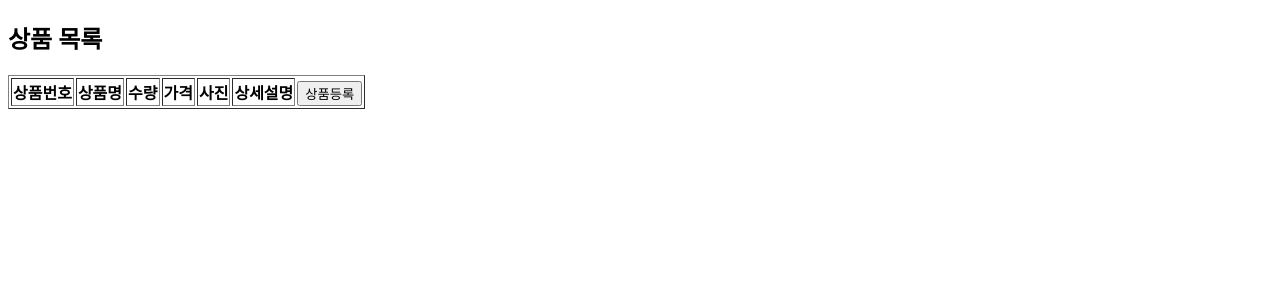
Repository: 0hmuse/day0330-2
Page: bitshop/src/main/resources/static/goods/goodslist.html
The author's editor kept a copy of each file at every save. The page is drawn from the files as they stood at one save, then again after the next save.
The browser window is 1280 px wide. The pictures show the whole page.
The page's requests for data from a server got no answer.

Above is the page before, as saved 2020-03-27 08:39:42.

After the next save:
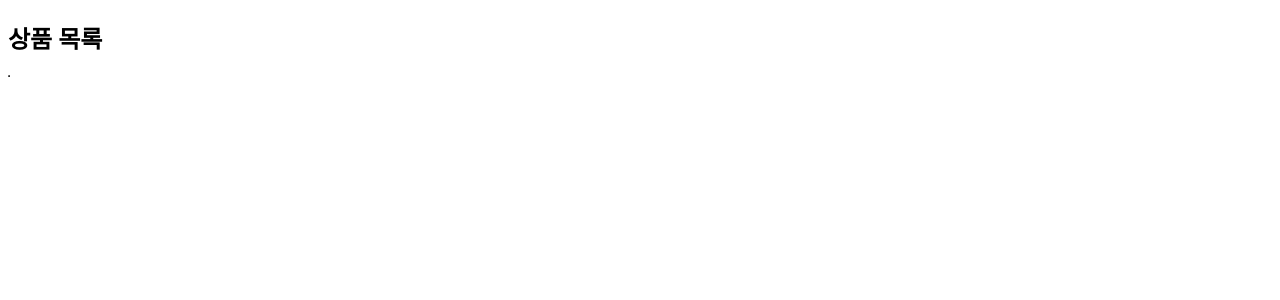
Console error: SyntaxError: Unexpected token '*'
Saved 18 s later.
--- a/bitshop/src/main/resources/static/goods/goodslist.html
+++ b/bitshop/src/main/resources/static/goods/goodslist.html
@@ -42,7 +42,7 @@
 				tr.append(no,item,qty,price,fname,detail,aDel);
 				$("#tb").append(tr);
 
-				$("#del").on("click",function(){
+				$(*"aDel").on("click",function(){
 					var hh = $(this).attr("idx");
 					alert(hh);
 				})

After the save that followed:
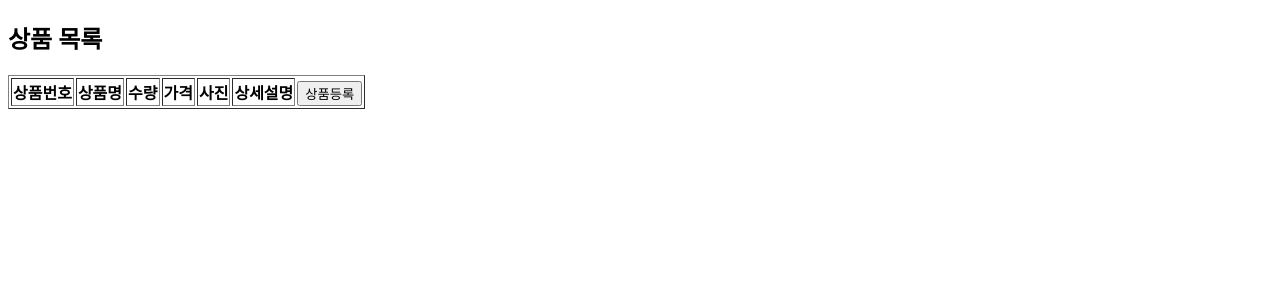
The error is gone.
Saved 10 s later.
--- a/bitshop/src/main/resources/static/goods/goodslist.html
+++ b/bitshop/src/main/resources/static/goods/goodslist.html
@@ -42,7 +42,7 @@
 				tr.append(no,item,qty,price,fname,detail,aDel);
 				$("#tb").append(tr);
 
-				$(*"aDel").on("click",function(){
+				$("*aDel").on("click",function(){
 					var hh = $(this).attr("idx");
 					alert(hh);
 				})
